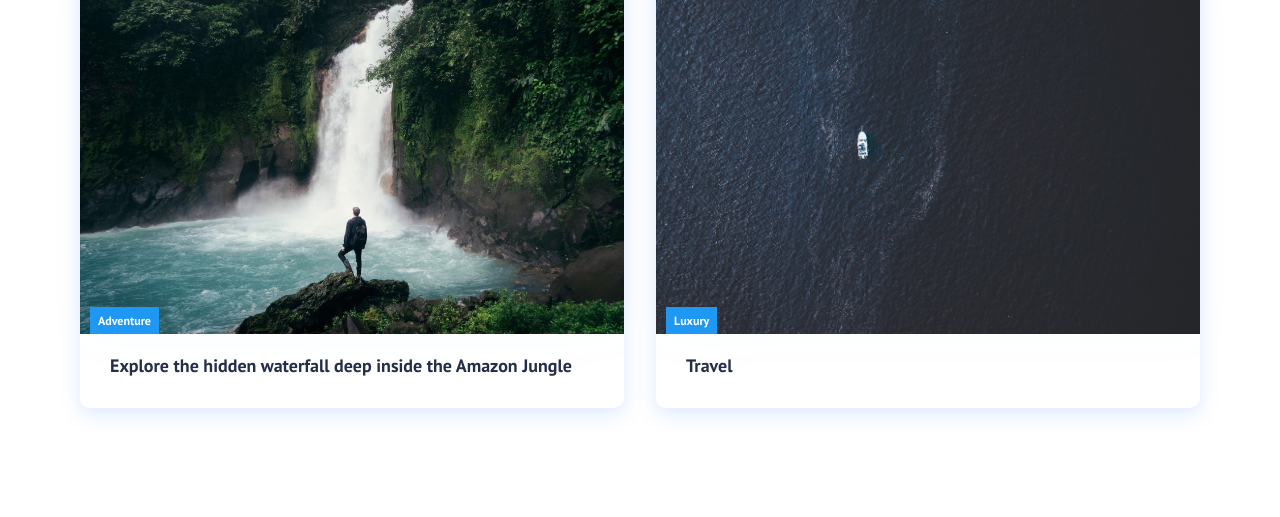
Repository: Yekta-Behzadi/site-with-react
Page: /
The author's editor kept a copy of each file at every save. The page is drawn from the files as they stood at one save, then again after the next save.
The browser window is 1280 px wide. The pictures show the part of the page from y = 614 to 1131 px (the page is 1131 px tall).
Some web libraries are served in a nearby version. The project was rebuilt for these pictures with package versions that can differ from the ones it lists, and the page was loaded fresh each time.

Above is the page before, as saved 2020-12-28 14:40:41.

### public/index.html
<!DOCTYPE html>
<html lang="en">
  <head>
    <meta charset="utf-8" />
    <link rel="icon" href="%PUBLIC_URL%/favicon.ico" />
    <meta name="viewport" content="width=device-width, initial-scale=1" />
    <meta name="theme-color" content="#000000" />
    <meta
      name="description"
      content="Web site created using create-react-app"
    />
    <link rel="apple-touch-icon" href="%PUBLIC_URL%/logo192.png" />
    <!--
      manifest.json provides metadata used when your web app is installed on a
      user's mobile device or desktop. See https://developers.google.com/web/fundamentals/web-app-manifest/
    -->
    <link rel="manifest" href="%PUBLIC_URL%/manifest.json" />
    <!--
      Notice the use of %PUBLIC_URL% in the tags above.
      It will be replaced with the URL of the `public` folder during the build.
      Only files inside the `public` folder can be referenced from the HTML.

      Unlike "/favicon.ico" or "favicon.ico", "%PUBLIC_URL%/favicon.ico" will
      work correctly both with client-side routing and a non-root public URL.
      Learn how to configure a non-root public URL by running `npm run build`.
    -->
    <script src="https://kit.fontawesome.com/5deef7d942.js" crossorigin="anonymous"></script>
    <link
    href="https://fonts.googleapis.com/css2?family=PT+Sans:wght@700&display=swap"
    rel="stylesheet"
  />
    <title>React App</title>
  </head>
  <body>
    <noscript>You need to enable JavaScript to run this app.</noscript>
    <div id="root"></div>
    <!--
      This HTML file is a template.
      If you open it directly in the browser, you will see an empty page.

      You can add webfonts, meta tags, or analytics to this file.
      The build step will place the bundled scripts into the <body> tag.

      To begin the development, run `npm start` or `yarn start`.
      To create a production bundle, use `npm run build` or `yarn build`.
    -->
  </body>
</html>

### src/App.js
import React from 'react'
import './App.css';
import Navbar from './components/navbar/Navbar';
import {BrowserRouter as Router, Switch, Route,Redirect} from 'react-router-dom'
import Home from './pages/Home'


function App() {
  return (
    <>
    <Router>
    <Navbar/>
      <Switch>
        <Route path='/' exact component={Home} />

      </Switch>
    </Router>
    </>
  );
}

export default App;

### src/App.css
* {
  box-sizing: border-box;
  margin: 0;
  padding: 0;
  font-family: 'PT Sans', sans-serif;
}

.home,
.services,
.products,
.sign-up {
  display: flex;
  height: 90vh;
  align-items: center;
  justify-content: center;
  font-size: 3rem;
}

.services {
  /* background-image: url('/images/img-2.jpg'); */
  background-position: center;
  background-size: cover;
  background-repeat: no-repeat;
  color: #fff;
  font-size: 100px;
}

.products {
  /* background-image: url('/images/img-1.jpg'); */
  background-position: center;
  background-size: fill;
  background-repeat: no-repeat;
  color: #fff;
  font-size: 100px;
}

.sign-up {
  /* background-image: url('/images/img-8.jpg'); */
  background-position: center;
  background-size: cover;
  background-repeat: no-repeat;
  color: #fff;
  font-size: 100px;
}

### src/components/navbar/Navbar.js
import React,{useState,useEffect} from 'react'
import { Link } from 'react-router-dom'
import { Button } from '../button/Button';
import './Navbar.css'

const Navbar = () => {
const [click, setClick] = useState(false);

const [button, setButton] = useState(true)
const handleClick = ()=> setClick(!click);

const closeMobileMenu = ()=> setClick(false)

const showButton = () =>{
  if (window.innerWidth <= 960) {
    setButton(false)
  }else{
    setButton(true)
  }
}

useEffect(() => {
  showButton()

}, []);

window.addEventListener('resize', showButton);
  return (
    <>
    <nav className="navbar">
      <div className="navbar-container">
        <Link to= '/' className='navbar-logo' onClick={closeMobileMenu} >
          <a>
           LOGO <i class="fab fa-typo3"></i>
            </a>
            </Link>
            <div className="menu-icon" onClick={handleClick} >
              <i className={click ? 'fas fa-times' : 'fas fa-bars'} />
            </div>

            <ul className={click ? 'nav-menu active' : 'nav-menu'} >
              <li className="nav-item">
                <Link to='/'className ='nav-links' onClick={closeMobileMenu} >
                  Home
                </Link>
              </li>
              <li className="nav-item">
                <Link to='/services'className ='nav-links' onClick={closeMobileMenu} >
                  Services
                </Link>
              </li>
              <li className="nav-item">
                <Link to='/products'className ='nav-links' onClick={closeMobileMenu} >
                  Products
                </Link>
              </li>
              <li className="nav-item">
                <Link to='/sign-up'className ='nav-links-mobile' onClick={closeMobileMenu} >
                  Sign Up
                </Link>
              </li>
            </ul>
            {button && <Button buttonStyle='btn--outline' >Sign UP</Button>}
      </div>
    </nav>
    </>
  )
}

export default Navbar

### src/pages/Home.js
import React from 'react'
import '../App.css'
import HeroSection from '../components/HeroSection/HeroSection'
import Cards from '../components/cards/Cards'

const Home = () =>{
  return(
    <>
    <HeroSection/>
    <Cards/>
    </>
  )
}



export default Home

### src/components/button/Button.js
import React from "react";
import "./button.css";
import { Link } from "react-router-dom";

const STYLES = ["btn--perimary", "btn--outline"];
const SIZES = ["btn--medium", "btn--large"];

export const Button = ({
  children,
  type,
  onClick,
  buttonStyle,
  buttonSize,
}) => {
  const checkButtonStyle = STYLES.includes(buttonStyle)
    ? buttonStyle
    : STYLES[0];
  const checkButtonSize = SIZES.includes(buttonSize)
   ? buttonSize
   : SIZES[0];

   return(
     <Link to='/sign-up' className='btn-mobile' >
       <button className={`btn ${checkButtonStyle} ${checkButtonSize}` }
       onClick={onClick}
       type={type} >
         {children}
       </button>
     </Link>
   )
};

### src/components/navbar/Navbar.css
.navbar {
  background: linear-gradient(90deg, rgb(28, 27, 27) 0%, rgb(26, 23, 23) 100%);
  height: 80px;
  display: flex;
  justify-content: center;
  align-items: center;
  font-size: 1.2rem;
  position: sticky;
  top: 0;
  z-index: 999;
}

.navbar-container {
  display: flex;
  justify-content: center;
  align-items: center;
  height: 80px;
  max-width: 1500px;
}

.navbar-logo {
  color: #fff;
  justify-self: start;
  margin-left: 20px;
  cursor: pointer;
  text-decoration: none;
  font-size: 2rem;
  display: flex;
  align-items: center;
}

.fa-typo3 {
  margin-left: 0.5rem;
  font-size: 1.8rem;
}

.nav-menu {
  display: grid;
  grid-template-columns: repeat(4, auto);
  grid-gap: 10px;
  list-style: none;
  text-align: center;
  width: 60vw;
  justify-content: end;
  margin-right: 2rem;
}

.nav-item {
  height: 80px;
}

.nav-links {
  color: #fff;
  display: flex;
  align-items: center;
  text-decoration: none;
  padding: 0.5rem 1rem;
  height: 100%;
}

.nav-links:hover {
  border-bottom: 4px solid #fff;
  transition: all 0.2s ease-out;
}

.fa-bars {
  color: #fff;
}

.nav-links-mobile {
  display: none;
}

.menu-icon {
  display: none;
}

@media screen and (max-width: 960px) {
  .NavbarItems {
    position: relative;
  }

  .nav-menu {
    display: flex;
    flex-direction: column;
    width: 100%;
    height: 90vh;
    position: absolute;
    top: 80px;
    left: -100%;
    opacity: 1;
    transition: all 0.5s ease;
  }

  .nav-menu.active {
    background: #242222;
    left: 0;
    opacity: 1;
    transition: all 0.5s ease;
    z-index: 1;
  }

  .nav-links {
    text-align: center;
    padding: 2rem;
    width: 100%;
    display: table;
  }

  .nav-links:hover {
    background-color: #fff;
    color: #242424;
    border-radius: 0;
  }

  .navbar-logo {
    position: absolute;
    top: 0;
    left: 0;
    transform: translate(25%, 50%);
  }

  .menu-icon {
    display: block;
    position: absolute;
    top: 0;
    right: 0;
    transform: translate(-100%, 60%);
    font-size: 1.8rem;
    cursor: pointer;
  }

  .fa-times {
    color: #fff;
    font-size: 2rem;
  }

  .nav-links-mobile {
    display: block;
    text-align: center;
    margin: 2rem auto;
    border-radius: 4px;
    width: 80%;
    text-decoration: none;
    font-size: 1.5rem;
    background-color: transparent;
    color: #fff;
    padding: 14px 20px;
    border: 1px solid #fff;
    transition: all 0.3s ease-out;
  }

  .nav-links-mobile:hover {
    background: #fff;
    color: #242424;
    transition: 250ms;
  }
}

### src/components/HeroSection/HeroSection.js
import React from 'react'
import { Button } from '../button/Button'
import './HeroSection.css'
import '../../App.css'
const HeroSection = () => {
  return (
    <div className='hero-container' >
      <video src="/videos/video-2.mp4" muted autoPlay loop/>
      <h1>Adventure Await</h1>
      <p>what are you waiting for?</p>

      <div className="hero-btns">
        <Button className = 'btns' buttonStyle = 'btn--outline' buttonSize = 'btn--large'>Get Started</Button>
        <Button className = 'btns' buttonStyle = 'btn--primary' buttonSize = 'btn--large'>Watch Trailer
        <i className='far fa-play-circle' /></Button>
      </div>

    </div>
  )
}

export default HeroSection

### src/components/cards/Cards.js
import React from 'react'
import CardItem from '../cardItem/CardItem'
import './Cards.css'
function Cards() {
  return (
    <div className='cards' >
      <h1> Check out these EPIC Destination!</h1>
      <div className="card__container">
        <div className="cards__wrapper">
          <ul className="cards__items">
            <CardItem
            src='images/img-9.jpg'
            text='Explore the hidden waterfall deep inside the Amazon Jungle'
            label='Adventure'
            path='/services' />
            <CardItem
            src='images/img-3.jpg'
            text='Travel '
            label='Luxury'
            path='/services' />
          </ul>
        </div>
      </div>
    </div>
  )
}

export default Cards

### src/components/button/button.css
:root {
  --primary: #fff;
}

.btn{
  padding: 8px 20px;
  border:none;
  outline: none;
  cursor: pointer;
  border-radius: 2px;
}

.btn--primary {
  background-color: var(--primary);
  color: #242424;
  border:1px solid var(--primary)
}

.btn--outline{
  background-color: transparent;
  color: #fff;
  padding: 8px 20px;
  border:1px solid var(--primary);
  transition: all 0.3s ease-out;
}

.btn--medium{
  padding: 8px 20px;
  font-size: 20px;
}

.btn--large{
  padding: 12px 26px;
  font-size: 20px;
}

.btn--medium:hover, .btn--large:hover{
  background-color: #fff;
  transition: all 0.3s ease-out;
  color: #242424;
}

### src/components/HeroSection/HeroSection.css
video{
object-fit: cover;
width: 100%;
height: 100%;
position: fixed;
z-index: -1;
}

.hero-container{
  /* background: url('images/img-home.jpg') center center/cover no-repeat; */
  height: 100 vh;
  width: 100%;
  display: flex;
  flex-direction: column;
  justify-content: center;
  align-items: center;
  box-shadow: inset 0 0 0 1000px rgba(0,0,0,0.2);
  object-fit: contain;
}

.hero-container >h1 {
  color: #fff;
  font-size: 100px;
  /* margin-top: -100px; */
}

.hero-container >p{
  color: #fff;
  margin-top: 8px;
  font-size: 32px;
  font-family: 'Trebuchet MS', 'Lucida Sans Unicode', 'Lucida Grande', 'Lucida Sans', Arial, sans-serif;
}

.hero-btns {
  margin-top: 32px;
}

.hero-btns .btn{
  margin: 10px;
}

.fa-play-circle{
  margin-left: 4px;
}

@media screen and (max-width: 960px){
  .hero-container >h1 {
    font-size: 70px;
    /* margin-top: -150px; */
  }
}

@media screen and (max-width: 760px){
  .hero-container >h1 {
    font-size: 50px;
    /* margin-top: -100px; */
  }
}

.hero-container > p {
  font-size: 30px;
}

.btn-mobile {
  display: block;
  text-decoration: none;
}

.btn{
  width: 100%;
}

### src/components/cardItem/CardItem.js
import React from 'react'
import {Link} from 'react-router-dom'

const CardItem = ({path,src,text,label}) => {
  return (
    <>
    <li className="cards__item">
      <Link className='cards__item__link' to={path} >
        <figure className="cards__item__pic-wrap" data-category={label} >
          <img src={src} alt="Travel Image" className="cards__item__img"/>
        </figure>
        <div className="cards__item__info">
          <h5 className="cards__item__text"> {text} </h5>
        </div>
      </Link>

    </li>
    </>
  )
}

export default CardItem

### src/components/cards/Cards.css
.cards {
  padding: 4rem;
  background: #fff;
}

h1 {
  text-align: center;
}

.cards__container {
  display: flex;
  flex-flow: column;
  align-items: center;
  max-width: 1120px;
  width: 90%;
  margin: 0 auto;
}

.cards__wrapper {
  position: relative;
  margin: 50px 0 45px;
}

.cards__items {
  margin-bottom: 24px;
}

.cards__item {
  display: flex;
  flex: 1;
  margin: 0 1rem;
  border-radius: 10px;
}

.cards__item__link {
  display: flex;
  flex-flow: column;
  width: 100%;
  box-shadow: 0 6px 20px rgba(56, 125, 255, 0.17);
  -webkit-filter: drop-shadow(0 6px 20px rgba(56, 125, 255, 0.017));
  filter: drop-shadow(0 6px 20px rgba(56, 125, 255, 0.017));
  border-radius: 10px;
  overflow: hidden;
  text-decoration: none;
}

.cards__item__pic-wrap {
  position: relative;
  width: 100%;
  padding-top: 67%;
  overflow: hidden;
}

.fade-img {
  animation-name: fade-img;
  animation-duration: 2s;
}

.cards__item__pic-wrap::after {
  content: attr(data-category);
  position: absolute;
  bottom: 0;
  margin-left: 10px;
  padding: 6px 8px;
  max-width: calc((100%) - 60px);
  font-size: 12px;
  font-weight: 700;
  color: #fff;
  background-color: #1f98f4;
  box-sizing: border-box;
}

.cards__item__img {
  position: absolute;
  top: 0;
  right: 0;
  bottom: 0;
  left: 0;
  display: block;
  width: 100%;
  max-width: 100%;
  height: 100%;
  max-height: 100%;
  object-fit: cover;
  transition: all 0.2s linear;
}

.cards__item__img:hover {
  transform: scale(1.1);
}

.cards__item__info {
  padding: 20px 30px 30px;
}

.cards__item__text {
  color: #252e48;
  font-size: 18px;
  line-height: 24px;
}

@media only screen and (min-width: 1200px) {
  .content__blog__container {
    width: 84%;
  }
}

@media only screen and (min-width: 1024px) {
  .cards__items {
    display: flex;
  }
}

@media only screen and (max-width: 1024px) {
  .cards__item {
    margin-bottom: 2rem;
  }
}

Loaded but not shown: src/index.js (common file)

After the next save:
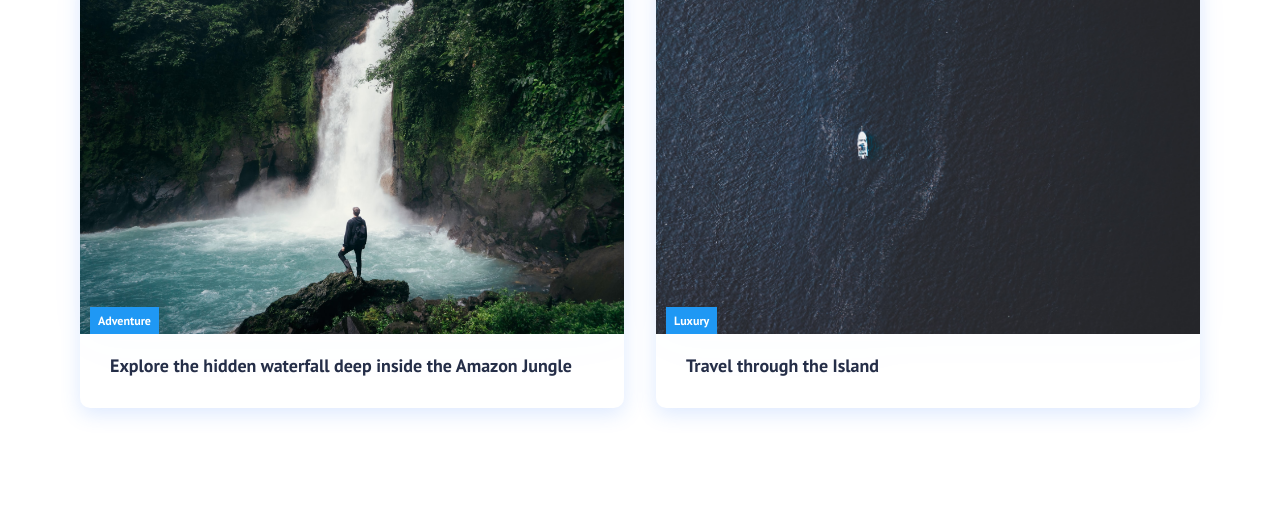
Saved 16 s later.
--- a/src/components/cards/Cards.js
+++ b/src/components/cards/Cards.js
@@ -15,7 +15,7 @@ function Cards() {
             path='/services' />
             <CardItem
             src='images/img-3.jpg'
-            text='Travel '
+            text='Travel through the Island '
             label='Luxury'
             path='/services' />
           </ul>
